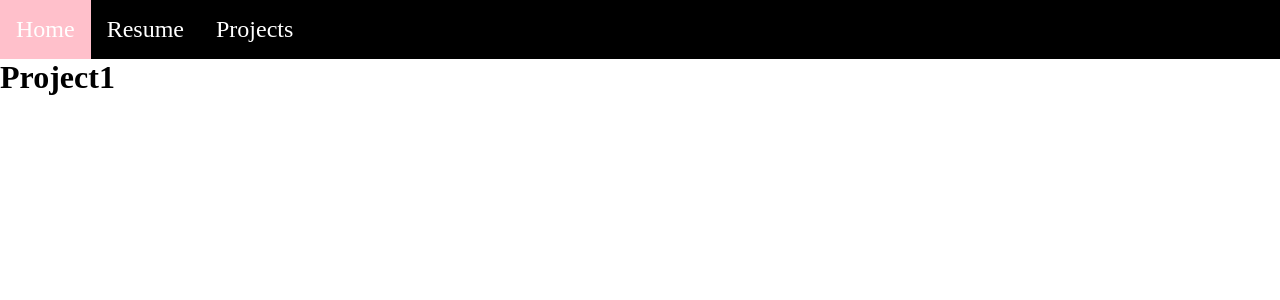
Repository: Starfishmas/Starfishmas.github.io
Page: project1.html
The author's editor kept a record of every edit. The page is drawn from the files as they stood at one moment, then again after the next edit.
The browser window is 1280 px wide. The pictures show the whole page.

Above is the page before.

### project1.html
<!DOCTYPE html>
<html>
    <head>
        <title>Home</title>
        <link rel="stylesheet" type="text/css" href="style.css">
        <link rel="stylesheet" type="text/css" href="//fonts.googleapis.com/css?family=Indie+Flower" />
    </head>
<body>
    <ul class=navbar>
        <li><a href="index.html">Home</a></li>
        <li><a href="resume.html">Resume</a></li>
        <li class="dropdown">
            <div>Projects</div>
            <ul class="dropdown-content">
                <li class="active"><a href="project1.html">Project1</a></li>
                <li><a href="#">Project2</a></li>
                <li><a href="#">Project3</a></li>
            </ul>
        </li>

    </ul>

<h1>Project1</h1>

</body>
</html>

### style.css
            .navbar {list-style:none; background-color:black;overflow:hidden;padding:0px;}
            .navbar a, .dropdown div {text-decoration:none; color:white; font-size:24px; padding:16px; display:inline-block;}
            .navbar li {float:left;}
            * {padding:0; margin:0; list-style:none;}
            .navbar li:hover {background-color:pink;}
            .dropdown-content li {float:none;}
            .dropdown-content {padding:0; display:none; position:absolute; z-index:100; background-color:black;}
            .dropdown:hover .dropdown-content{display:block}
            .active {background-color:pink;}

After the next edit:
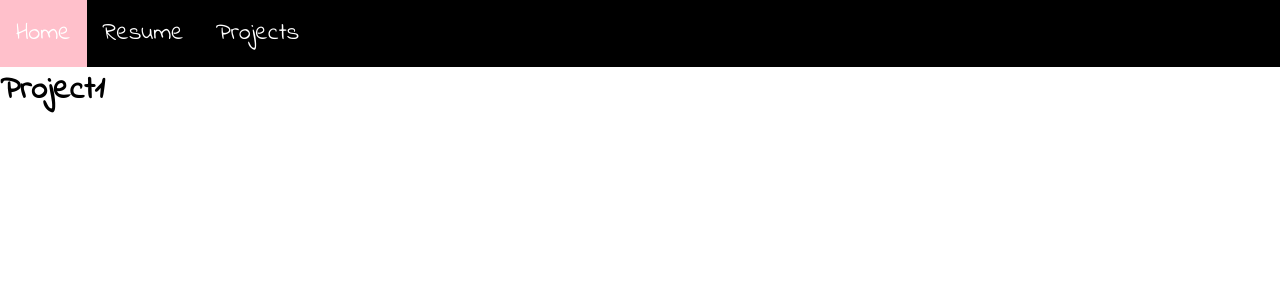
The edit:
--- a/style.css
+++ b/style.css
@@ -1,7 +1,7 @@
             .navbar {list-style:none; background-color:black;overflow:hidden;padding:0px;}
             .navbar a, .dropdown div {text-decoration:none; color:white; font-size:24px; padding:16px; display:inline-block;}
             .navbar li {float:left;}
-            * {padding:0; margin:0; list-style:none;}
+            * {padding:0; margin:0; list-style:none;font-family: Indie Flower;}
             .navbar li:hover {background-color:pink;}
             .dropdown-content li {float:none;}
             .dropdown-content {padding:0; display:none; position:absolute; z-index:100; background-color:black;}
